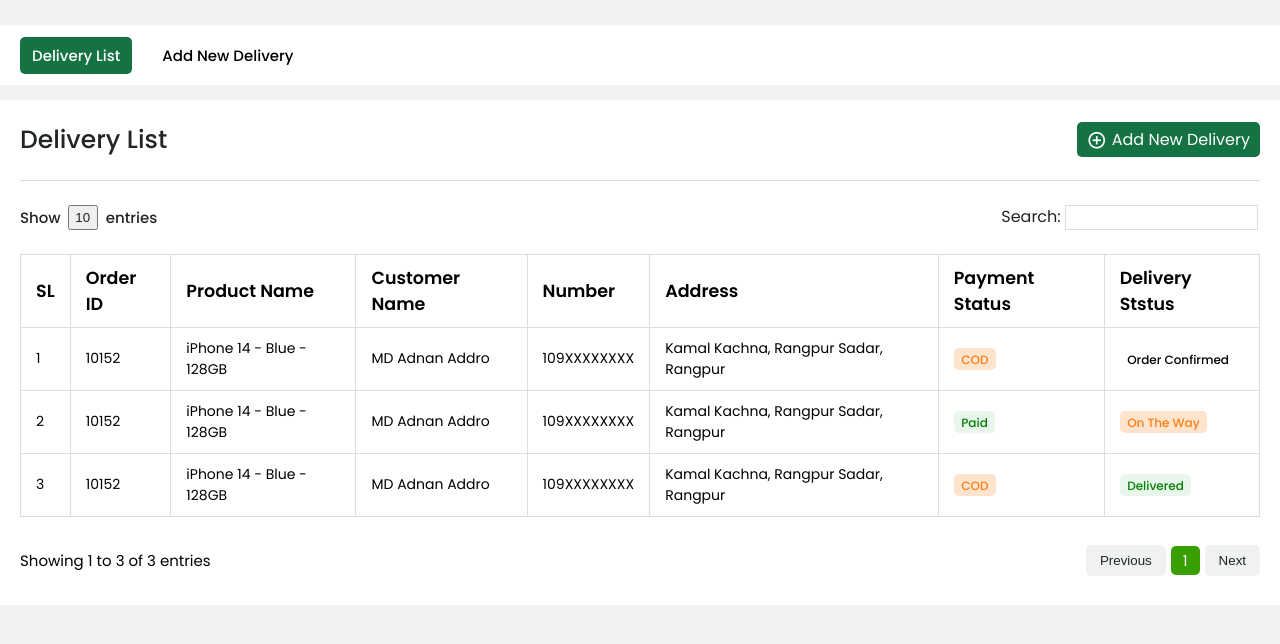
Repository: codebyaddro/delivery-page
Page: delivery.html
An editor plug-in stored every save of this project. The page is shown before and after a run of saves, followed by the edit.
The browser window is 1280 px wide. The pictures show the whole page.
The pointer rests on the first visible `.light-up`.

Above is the page before, as saved 2025-02-27 14:11:27.

After the next 2 saves:
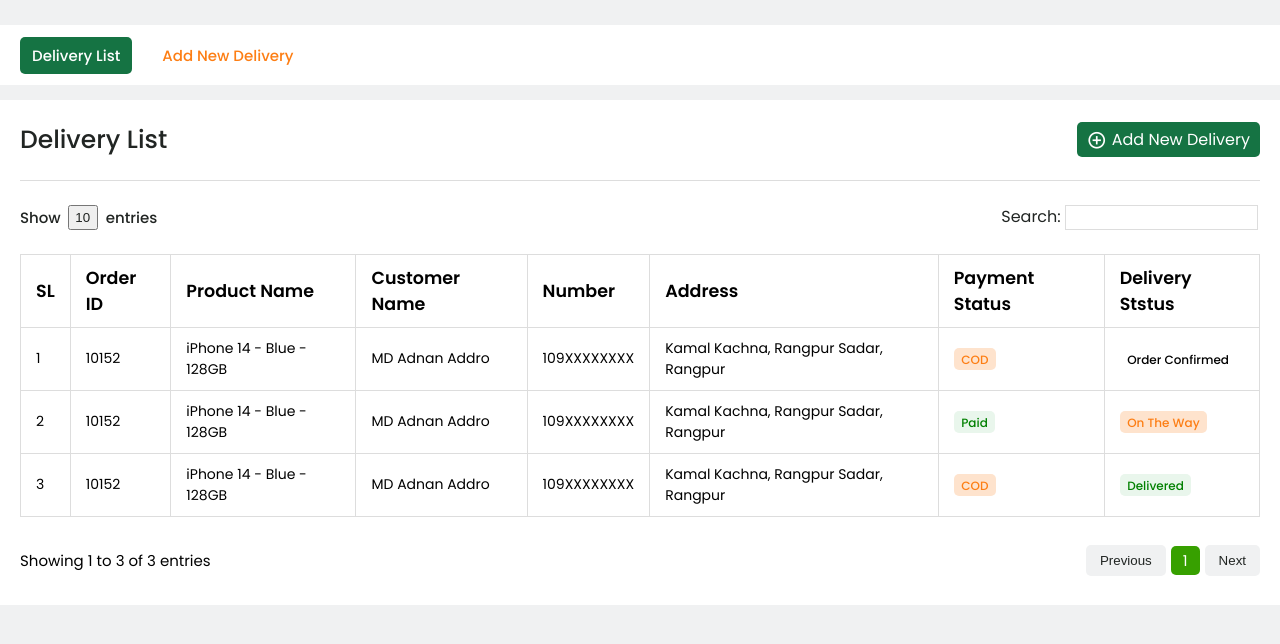
The 2 saves are shown as one change because they came seconds apart.
The last was saved 49 s later.
--- a/delivery.css
+++ b/delivery.css
@@ -84,7 +84,7 @@ body {
 /* -- menu hover style -- */
 
 .light-up:hover {
-    color: var(--light-orange);
+    color: var(--orange);
 }
 
 /* -- list container style -- */
